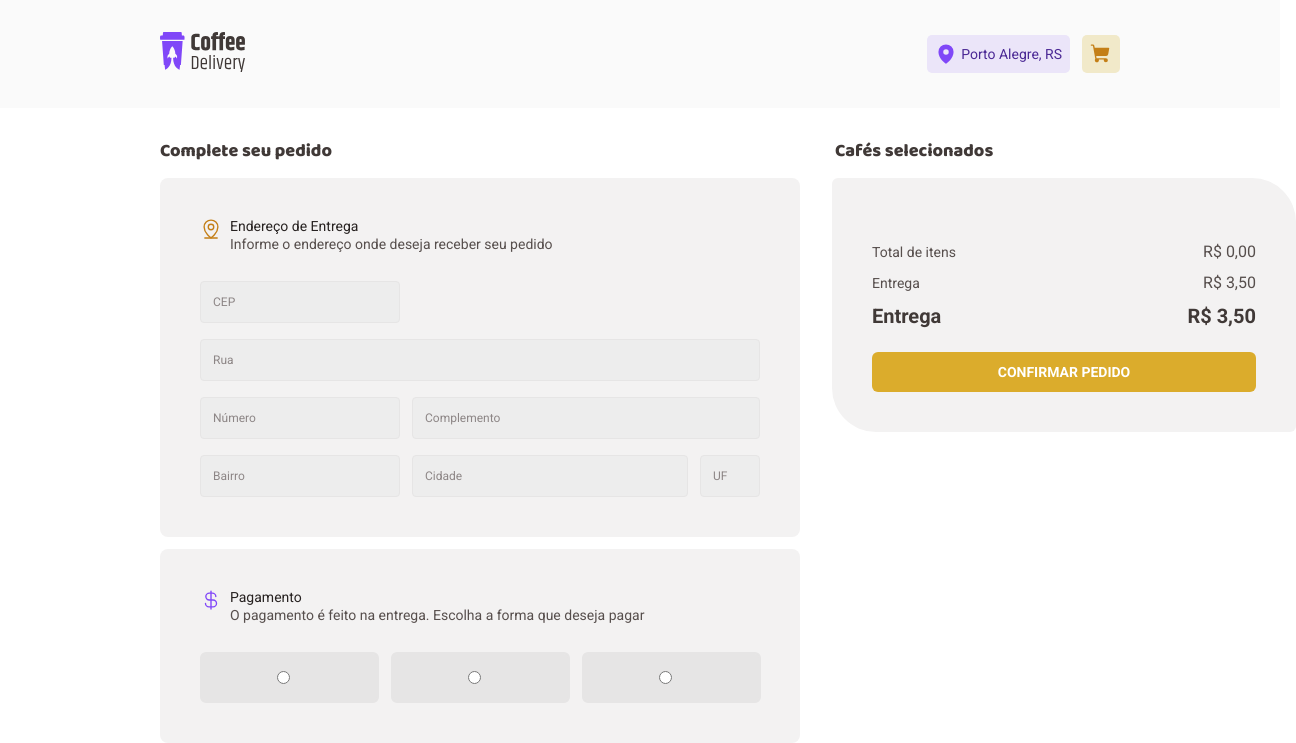
Repository: caueenrico/CoffeDelivery
Page: /checkout
These files come from the project's save history. The page is drawn as it stood at one moment and after a run of saves; the edit follows.
The browser window is 1280 px wide. The page is 1296 px wide, so the pictures cover 1296 px, including what lies to the right of the window. The pictures show the whole page.
The project was rebuilt for these pictures with package versions that can differ from the ones it lists, and the page was loaded fresh each time. Also part of the build but not shown: vite.config.ts, src/components/IpuntNumber/styles.ts, src/components/IpuntNumber/index.tsx, src/pages/CheckOut/components/SelectedCoffes/styles.ts, src/pages/CheckOut/components/SelectedCoffes/index.tsx, src/pages/CheckOut/Pages/Success/styles.ts, src/pages/CheckOut/Pages/Success/components/SendRequest/styles.ts, src/pages/CheckOut/Pages/Success/components/SendRequest/index.tsx and 8 more.

Above is the page before, as saved 2022-10-06 17:53:02.

### index.html
<!DOCTYPE html>
<html lang="en">
  <head>
    <meta charset="UTF-8" />

    <link rel="preconnect" href="https://fonts.googleapis.com" />
    <link rel="preconnect" href="https://fonts.gstatic.com" crossorigin />
    <link
      href="https://fonts.googleapis.com/css2?family=Baloo+2:wght@700;800&family=Roboto:wght@400;700&display=swap"
      rel="stylesheet"
    />

    <link rel="icon" type="image/svg+xml" href="/vite.svg" />
    <meta name="viewport" content="width=device-width, initial-scale=1.0" />
    <title>Vite + React + TS</title>
  </head>
  <body>
    <div id="root"></div>
    <script type="module" src="/src/main.tsx"></script>
  </body>
</html>

### src/App.tsx
import { BrowserRouter } from "react-router-dom";
import { ThemeProvider } from "styled-components";
import { CartContextProvider } from "./context/CartContext";
import { Router } from "./Router";
import { defaultTheme } from "./styles/themes/default";
import { GlobalStyle } from "./styles/themes/global";

export function App() {
  return (
    <ThemeProvider theme={defaultTheme}>
      <BrowserRouter>
      <CartContextProvider>
        <Router />
      </CartContextProvider>
      </BrowserRouter>
      <GlobalStyle />
    </ThemeProvider>
  );
}

### src/Router.tsx
import { Routes, Route } from 'react-router-dom'
import { DefaultLayout } from './layouts/DefaultLayout'
import { PageForm } from './pages/CheckOut'
import { Success } from './pages/CheckOut/Pages/Success'
import { Home } from './pages/Home'



export function Router() {
  return (
    <Routes>
      <Route path="/" element={<DefaultLayout />}>
        <Route path="/" element={<Home />} />
        <Route path="/checkout" element={<PageForm />} />
        <Route path="/checkout/success" element={<Success />} />

      </Route>
    </Routes>
  )
}

### src/styles/themes/default.ts
export const defaultTheme = {
  white: '#FFFFFF',

  // PRODUTOS
  'yellow-dark': '#C47F17',
  'yellow': '#DBAC2C',
  'yellow-light': '#F1E9C9',

  'purple-dark': '#4B2995',
  'purple': '#8047F8',
  'purple-light': '#EBE5F9',

  //BASE
  'title':'#272221',
  'subtitle': '#403937',
  'text':'#574F4D',
  'label':'#8D8686',
  'hover':'#D7D5D5',
  'button':'#E6E5E5',
  'input':'#EDEDED',
  'card':'#F3F2F2',
  'background':'#FAFAFA'
}

### src/styles/themes/global.ts
import { createGlobalStyle } from "styled-components";


export const GlobalStyle = createGlobalStyle`
  *{
    margin: 0;
    padding: 0;
    box-sizing: border-box;
  }

  :focus{
    outline: 0;
  }

  body{
    -webkit-font-smoothing: antialiased;
  }

  body,input,textarea,button{
    font-family: 'Roboto', sans-serif;
    font-weight: 400;
    font-size: 1rem;
  }

  input::-webkit-outer-spin-button,
  input::-webkit-inner-spin-button {
    -webkit-appearance: none;
    margin: 0;
  }
  input[type="number"] {
    -moz-appearance: textfield;
  }

`

### src/layouts/DefaultLayout/index.tsx
import { Outlet } from 'react-router-dom'
import { Header } from '../../components/Header'
import { LayoutContainer } from './styles'

export function DefaultLayout() {
  return (
    <div>
      <LayoutContainer>
        <Header />
        <Outlet />
      </LayoutContainer>
    </div>
  )
}

### src/pages/CheckOut/index.tsx
import {
  Bank,
  CreditCard,
  CurrencyDollar,
  MapPinLine,
  Money,
} from "phosphor-react";
import { NavLink } from "react-router-dom";
import { useTheme } from "styled-components";
import { MetodosdePagamentos } from "../../components/MetodosPagamento";
import { TilteText } from "../Home/styles";

import { ConfirmButton } from "./components/ConfirmButton";
import { RenderSelectCoffes } from "./components/RenderSelectCoffes";
import { TextCheck } from "./components/TextosCheck";
import { TotalItens } from "./components/TotalItens";


import * as zod from "zod";
import { zodResolver } from "@hookform/resolvers/zod";
import { useForm, FormProvider } from "react-hook-form";
import { ContainerForm } from "./styles";
import { CheckOutIndex } from "./components/CompleteOrderForm/CheckOutIndex";
import { PaymenteMethodo } from "./components/CompleteOrderForm/PaymenteMethodo";


const confirmOrderFormSchema = zod.object({
  cep: zod.string().min(1, 'CEP obrigatório'),
  street: zod.string().min(1, "Informe o Rua"),
  number: zod.string().min(1, "Informe o Número"),
  complement: zod.string(),
  district: zod.string().min(1, "Informe o Bairro"),
  city: zod.string().min(1, "Informe a Cidade"),
  uf: zod.string().min(1, "Informe a UF")
});

export type OrderData = zod.infer<typeof confirmOrderFormSchema>;

type ConfirmOrderFormData = OrderData;

export function PageForm() {
  const confirmOrderForm = useForm<ConfirmOrderFormData>({
    resolver: zodResolver(confirmOrderFormSchema),
  });

  const { handleSubmit } = confirmOrderForm;

  function handleConfirmOrder(data: ConfirmOrderFormData) {
    console.log(data);
  }

  return (
    <>
    <FormProvider {...confirmOrderForm}>
      <ContainerForm onSubmit={handleSubmit(handleConfirmOrder)} >
        <CheckOutIndex/>
      </ContainerForm>
    </FormProvider>

    </>
  );
}

### src/components/Header/index.tsx
import { HeaderContainer, NavHeaders } from "./styles";
import logo from '../assets/logo.svg';
import { Locations } from "../Locations";
import { Cart } from "../Cart";
import { NavLink } from "react-router-dom";


export function Header() {
  return (
    <HeaderContainer>
      <NavLink to='/'>
      <img src={logo} alt="" />
      </NavLink>

      <NavHeaders>
        <Locations />
        <NavLink to='/checkout'>
          <Cart/>
        </NavLink>
      </NavHeaders>
    </HeaderContainer>
  );
}

### src/layouts/DefaultLayout/styles.ts
import styled from 'styled-components'

export const LayoutContainer = styled.div`

`

### src/pages/CheckOut/styles.ts
import styled from "styled-components";

export const ContainerForm = styled.form`

display: flex;
flex-direction: column;
`

### src/pages/CheckOut/components/CompleteOrderForm/CheckOutIndex.tsx
import { TilteText } from "../../../Home/styles";
import { RenderSelectCoffes } from "../RenderSelectCoffes";
import { AddressForm } from "./AddresForm";
import { PaymenteMethodo } from "./PaymenteMethodo";
import {
  ContainerCheckOut,
  ContainerColunm,
  ContainerFlex,
  SelectCoffesContainer,
  TilteaText,
} from "./styles";

export function CheckOutIndex() {
  return (
    <ContainerFlex>
      <ContainerColunm>
        <TilteText>Complete seu pedido</TilteText>

        <ContainerCheckOut>
          <AddressForm />
        </ContainerCheckOut>

        <PaymenteMethodo />
      </ContainerColunm>

      <ContainerColunm>
        <TilteaText>Cafés selecionados</TilteaText>

        <SelectCoffesContainer>
          <RenderSelectCoffes />
        </SelectCoffesContainer>
      </ContainerColunm>
    </ContainerFlex>
  );
}

### src/pages/Home/styles.ts
import Background from '../assets/Background.png'

import styled from "styled-components";

export const BannerContainer = styled.div`

display: flex;
align-items: center;
justify-content: space-between;

padding: 94px 160px;

background-image: url(${Background});
background-position: center;
background-repeat: no-repeat;
background-size: cover;

`

export const TextContainer = styled.div`
 max-width: 588px;

 h1{
  font-family: 'Baloo 2';
  font-style: normal;
  font-weight: 800;
  font-size: 48px;
  line-height: 130%;
  color: ${props => props.theme['title']}
 }

  span {
    font-family: 'Roboto';
    font-weight: 400;
    font-size: 20px;
    line-height: 130%;
    color: ${props => props.theme['subtitle']}
  }




`

export const Benefist = styled.div `

  margin-top: 66px;
  max-width: 567px;
  color: ${props => props.theme['text']};

  ul {
    list-style-type: none;
    display: flex;
    gap: 40px;

  }

  ul li{
    font-size: 16px;
    display: flex;
    align-items: center;
    margin-bottom: 20px;
    gap: 12px;


  }

  .test{
    width: 231px;
  }
`

export const ProductsContainer = styled.div`

  h1{
    font-family: 'Baloo 2';
    font-style: normal;
    font-weight: 800;
    font-size: 32px;
    line-height: 130%;

    margin-left: 160px;
    margin-top: 32px;
    margin-bottom: 54px;

    color:${props => props.theme['subtitle']}
  }



`

export const TilteText = styled.h1`
    font-family: 'Baloo 2';
    font-style: normal;
    font-weight: 800;
    font-size: 18px;
    line-height: 130%;

    margin-left: 160px;
    margin-top: 32px;
    margin-bottom: 15px;

    color:${props => props.theme['subtitle']}
`

### src/components/Header/styles.ts
import styled from "styled-components";

export const HeaderContainer = styled.div`

  min-height: 104px;

  display: flex;
  align-items: center;
  justify-content: space-between;

  padding: 32px 160px;

  background-color: ${props => props.theme['background']};

  position: sticky;
  top: 0;
  left: 0;
  z-index: 5;

`
export const NavHeaders = styled.nav`
  display: flex;
  gap: 12px;

`

### src/components/Locations/index.tsx
import { MapPin } from "phosphor-react";
import { LocationsContainer } from "./styles";


export function Locations (){

  return (
    <LocationsContainer>
        <MapPin size={22} weight='fill' color="#8047F8"/> Porto Alegre, RS
    </LocationsContainer>
  )
}

### src/components/Cart/index.tsx
import { ShoppingCart } from "phosphor-react";
import React, { useContext } from "react";
import { CartContext } from "../../context/CartContext";
import { CartContainer } from "./styles";

export function Cart (){
  const {quantityAddItens} = useContext(CartContext)
  return(
    <CartContainer>
      <ShoppingCart size={22} weight='fill'/> {quantityAddItens > 0 && <span>{quantityAddItens}</span>}
    </CartContainer>
  )
}

### src/pages/CheckOut/components/RenderSelectCoffes/index.tsx
import { Container } from "./styles";
import { useContext } from "react";
import { CartContext } from "../../../../context/CartContext";
import { SelectedCoffes } from "../SelectedCoffes";
import { TotalItens } from "../TotalItens";
import { ConfirmButton } from "../ConfirmButton";

export function RenderSelectCoffes() {
  const { cartItens } = useContext(CartContext);

  return (
    <>
      <Container>
        {cartItens.map((coffee) => (
          <SelectedCoffes key={coffee.id} coffee={coffee} />
        ))}
      </Container>

      <TotalItens />

      <ConfirmButton />
    </>
  );
}

### src/pages/CheckOut/components/CompleteOrderForm/AddresForm.tsx
import { MapPinLine } from "phosphor-react";
import { useFormContext } from "react-hook-form";
import { InputForm } from "../../../../components/InpuitForm";
import { AddressFormContainer } from "./styles";
import { TextCheck } from "../TextosCheck";

interface ErrosType {
  errors: {
    [key: string]: {
      message: string;
    };
  };
}

export function AddressForm() {
  const { register, formState } = useFormContext();
  const { errors } = formState as unknown as ErrosType;

  return (
    <>
      <TextCheck
        icon={<MapPinLine size={22} color="#C47F17" />}
        title="Endereço de Entrega"
        subtitle="Informe o endereço onde deseja receber seu pedido"
      />
      <AddressFormContainer>
        <InputForm
          placeholder="CEP"
          type="number"
          className="cep"
          {...register("cep")}
          error={errors.cep?.message}
        />
        <InputForm
          placeholder="Rua"
          className="street"
          {...register("street")}
          error={errors.street?.message}
        />
        <InputForm
          placeholder="Número"
          type="number"
          {...register("number")}
          error={errors.number?.message}
        />
        <InputForm placeholder="Complemento" className="complemento" />
        <InputForm
          placeholder="Bairro"
          {...register("district")}
          error={errors.district?.message}
        />
        <InputForm
          placeholder="Cidade"
          {...register("city")}
          error={errors.city?.message}
        />
        <InputForm
          placeholder="UF"
          {...register("uf")}
          error={errors.uf?.message}
        />
      </AddressFormContainer>
    </>
  );
}

### src/pages/CheckOut/components/CompleteOrderForm/PaymenteMethodo.tsx
import { Bank, CreditCard, CurrencyDollar, Money } from "phosphor-react";
import { MetodosdePagamentos } from "../../../../components/MetodosPagamento";
import {
  ContainerCheckOut,
  MetodosDePagamentoContainer,
  PaymentContainer,
} from "./styles";
import { TextCheck } from "../TextosCheck";

export const MetodosDePagamentoOpn = {
  credito: {
    title: "Cartão de Crédito",
    icon: <CreditCard size={16} color="#8047F8" />,
  },
  debito: {
    title: "Cartão de Débito",
    icon: <Bank size={16} color="#8047F8" />,
  },
  dinheiro: {
    title: "Dinheiro",
    icon: <Money size={16} color="#8047F8" />,
  },
};

export function PaymenteMethodo() {
  return (
    <PaymentContainer>
      <ContainerCheckOut>
        <TextCheck
          icon={<CurrencyDollar size={22} color="#8047F8" />}
          title="Pagamento"
          subtitle="O pagamento é feito na entrega. Escolha a forma que deseja pagar"
        />

        <MetodosDePagamentoContainer>
          {Object.entries(MetodosDePagamentoOpn).map(
            ([key, { title, icon }]) => (
              <MetodosdePagamentos
                id={key}
                key={title}
                title={title}
                icon={icon}
                value={key}
              />
            )
          )}
        </MetodosDePagamentoContainer>
      </ContainerCheckOut>
    </PaymentContainer>
  );
}

### src/pages/CheckOut/components/CompleteOrderForm/styles.ts
import styled from "styled-components";

export const ContainerFlex = styled.div`
  display: flex;


`
export const ContainerColunm = styled.div`
display: flex;
flex-direction: column;
`

export const ContainerCheckOut = styled.div `

  margin-left: 160px;
  border-radius: 8px;
  display: flex;
  flex-direction: column;
  max-width: 40rem;
  background: ${props => props.theme.card};



`

export const TilteaText = styled.h1`
  font-family: 'Baloo 2';
    font-style: normal;
    font-weight: 800;
    font-size: 18px;
    line-height: 130%;

    margin-left: 35px;
    margin-top: 32px;
    margin-bottom: 15px;

    color:${props => props.theme['subtitle']}
`

export const SelectCoffesContainer = styled.div`
  display: flex;
  flex-direction: column;
  min-width: 29rem;
  background: ${props => props.theme.card};
  padding: 40px;
  margin-left: 32px;
  border-radius: 6px 44px;

  .navlink{
    width: 100%;
  }
`

export const PaymentContainer = styled.div`
  margin-top: 12px;
`

export const AddressFormContainer = styled.div`
  width: 100%;

  margin: 40px;
  display: grid;
  grid-template-columns: 12.5rem 17.25rem 3.75rem;
  column-gap: 0.75rem;
  row-gap: 1rem;
  grid-auto-flow: dense;

  .cep{
    grid-column: span 3;
    max-width: 12.5rem;
  }

  .street{
    grid-column: span 3;
  }

  .complemento {
    grid-column: span 2;
  }

`

export const MetodosDePagamentoContainer = styled.div`

  display: grid;
  grid-template-columns: repeat(3,1fr);
  gap: 12px;

  margin: 40px;

`

export const ValueContainer = styled.div`

`

### src/components/Locations/styles.ts
import styled from "styled-components";

export const LocationsContainer = styled.div`
  border-radius: 5px;

  max-width: 143px;
  padding: 8px;
  font-size: 14px;

  background-color: ${props => props.theme['purple-light']};
  color: ${props => props.theme['purple-dark']};

  display: flex;
  justify-content: center;
  align-items: center;
  gap: 4px;



`

### src/components/Cart/styles.ts
import styled from "styled-components";

export const CartContainer = styled.button`
  max-width: 38px;
  max-height: 38px;
  border-radius: 5px;
  border: none;

  background-color: ${props => props.theme['yellow-light']};
  color: ${props => props.theme['yellow-dark']};

  display: flex;
  align-content: center;
  align-items: center;
  position: relative;

  padding: 8px;

  span {
    position: absolute;
    width: 1.25rem;
    height: 1.25rem;
    top: calc(-1.25rem / 2);
    right: calc(-1.25rem / 2);
    background-color: ${props => props.theme['yellow-dark']};
    color: ${props => props.theme['yellow-light']};
    border-radius: 50%;

    font-size: 0.75rem;
    font-weight: 700;

    display: flex;
    align-items: center;
    justify-content: center;


  }

`

### src/pages/CheckOut/components/RenderSelectCoffes/styles.ts
import styled from "styled-components";

export const Container = styled.div`
  display: flex;
  flex-direction: column;

`

### src/pages/CheckOut/components/TotalItens/index.tsx

import { useContext } from "react";
import { CartContext } from "../../../../context/CartContext";
import { formatMoney } from "../../../../utils/formatMoney";
import { Container, Text, TotalBold, Valor } from "./styles";



export function TotalItens() {
  const {cartItemTotal} = useContext(CartContext);
  const PriceDelivery = formatMoney(3.50) ;
  const totalCoffes = formatMoney(cartItemTotal()) ;
  const total = formatMoney(cartItemTotal() + 3.50) ;

  return (
    <Container>
      <div>
        <Text>Total de itens</Text>
        <Valor>R$ {totalCoffes}</Valor>
      </div>
      <div>
        <Text>Entrega</Text>
        <Valor>R$ {PriceDelivery}</Valor>
      </div>
      <div>
        <TotalBold>Entrega</TotalBold>
        <TotalBold>R$ {total}</TotalBold>
      </div>
    </Container>
  );
}

### src/pages/CheckOut/components/ConfirmButton/index.tsx
import { NavLink } from "react-router-dom";
import { ButtonConfirm } from "./styles";

export function ConfirmButton() {
  return (
    <ButtonConfirm type="submit">
      Confirmar Pedido
    </ButtonConfirm>
  );
}

{/* <NavLink to="/checkout/success">Confirmar Pedido</NavLink> */}

### src/components/InpuitForm/index.tsx
import { forwardRef, InputHTMLAttributes } from "react";
import { InputStyleContainer, InputWrapper } from "./styles";

type InputProps = InputHTMLAttributes<HTMLInputElement> & {
  error?: string;
}

export const InputForm = forwardRef<HTMLInputElement, InputProps>(
  ({error,className,...props}, ref) => {
  return (
    <InputWrapper className={className}>
    <InputStyleContainer {...props}  ref={ref} />
    {error && (
      <p>{error}</p>
    )}
    </InputWrapper>
  )
})

### src/pages/CheckOut/components/TextosCheck/index.tsx
import { ReactNode } from "react"
import { SectionTitleContainer } from "./styles"

interface TextCheckProps{
  title: string
  subtitle?: string
  icon?: ReactNode
}

export function TextCheck({title,subtitle,icon}: TextCheckProps){
  return(
    <SectionTitleContainer>
      {icon}
      <div>
        <h1>{title}</h1>
        <span>{subtitle}</span>
      </div>
    </SectionTitleContainer>
  )
}

### src/components/MetodosPagamento/index.tsx
import { CreditCard } from "phosphor-react"
import { InputHTMLAttributes, ReactNode, useState } from "react"
import { PaymentMethodos } from "./styles"

type MetodosdePagamentosProps = InputHTMLAttributes<HTMLInputElement> & {
  title: string
  icon: ReactNode
}

export function MetodosdePagamentos({ id, icon, title, ...props }: MetodosdePagamentosProps) {

  return(
    <PaymentMethodos >
    <input type="radio" id={id} {...props} name="MetodosDePagamentoOpn"/>
    <label htmlFor={id}>

    </label>
    </PaymentMethodos>
  )
}

### src/utils/formatMoney.ts
export function formatMoney(value: number){
  return value.toLocaleString('pt-BR', {
    minimumFractionDigits: 2,
  })
}

### src/pages/CheckOut/components/TotalItens/styles.ts
import styled from "styled-components";

export const Container = styled.div`
  display: flex;
  flex-direction: column;
  margin-top: 24px;
  gap: 12px;

  div {
    display: flex;
    justify-content: space-between;
    align-items: center;
  }

`

export const Text = styled.span`
  font-size: 0.875rem;
  color: ${props => props.theme.text};
`
export const Valor = styled.span`
  font-size: 1rem;
  color: ${props => props.theme.text};
`
export const TotalBold = styled.span`
  font-size: 1.25rem;
  color: ${props => props.theme.subtitle};
  font-weight: 700;
`

### src/pages/CheckOut/components/ConfirmButton/styles.ts
import styled from "styled-components";

export const ButtonConfirm = styled.button`
  background: ${props => props.theme.yellow};
  color: ${props => props.theme["white"]};
  border-radius: 6px;
  padding: 12px 8px;
  border: none;
  margin-top: 24px;
  transition: 0.2s;
  font-size: 14px;
  font-weight: 700;
  text-transform: uppercase;
  cursor: pointer;

  a{
    color: ${props => props.theme["white"]};
    text-decoration: none;
  }

  &:hover {
    background: ${props => props.theme["yellow-dark"]};
  }
`

### src/components/InpuitForm/styles.ts
import styled from "styled-components";

export const InputWrapper = styled.div`
  display: flex;
  flex-direction: column;
  gap: 0.3rem;
  position: relative;

  >p{
    color: ${props => props.theme["purple-dark"]};
  }
  `


export const InputStyleContainer = styled.input`
  height: 2.625rem;
  border-radius: 4px;
  border: 1px solid ${props => props.theme.button};
  background: ${props => props.theme.input};
  transition: 0.4s;

  &:focus{
    border-color: ${props => props.theme["yellow-dark"]};
  }

  color: ${props => props.theme["text"]};
  font-size: 00.75rem;
  padding: 0 0.75rem;

  &::placeholder{
    color: ${props => props.theme["label"]};
  }
`

### src/pages/CheckOut/components/TextosCheck/styles.ts
import styled from "styled-components";

export const SectionTitleContainer = styled.div`
  display: flex;
  gap: 0.5rem;
  margin: 40px;
  margin-bottom: -12px;

  div{
    h1{
      font-size: 0.875rem;
      font-weight: 400;
      color: ${props => props.theme.title};
    }
    span{
      font-size: 0.875rem;
      font-weight: 400;
      color: ${props => props.theme.text};
    }
  }

`

### src/components/MetodosPagamento/styles.ts
import styled from "styled-components";

export const PaymentMethodos = styled.button`
  display: flex;
  align-items: center;
  justify-content: center;
  width: 11.18rem;
  height: 3.18rem;
  border: 2px solid ${props => props.theme.button};
  border-radius: 6px;
  background: ${props => props.theme.button};
  transition: 0.4s;
  color: ${props => props.theme.text};
  font-size: 12px;
  text-transform: uppercase;
  gap: 12px;

  &:focus{
    border-color: ${props => props.theme["purple-dark"]};
  }

`

Loaded but not shown: src/main.tsx (common file); src/context/CartContext.tsx (114 lines, source omitted)

After the next 4 saves:
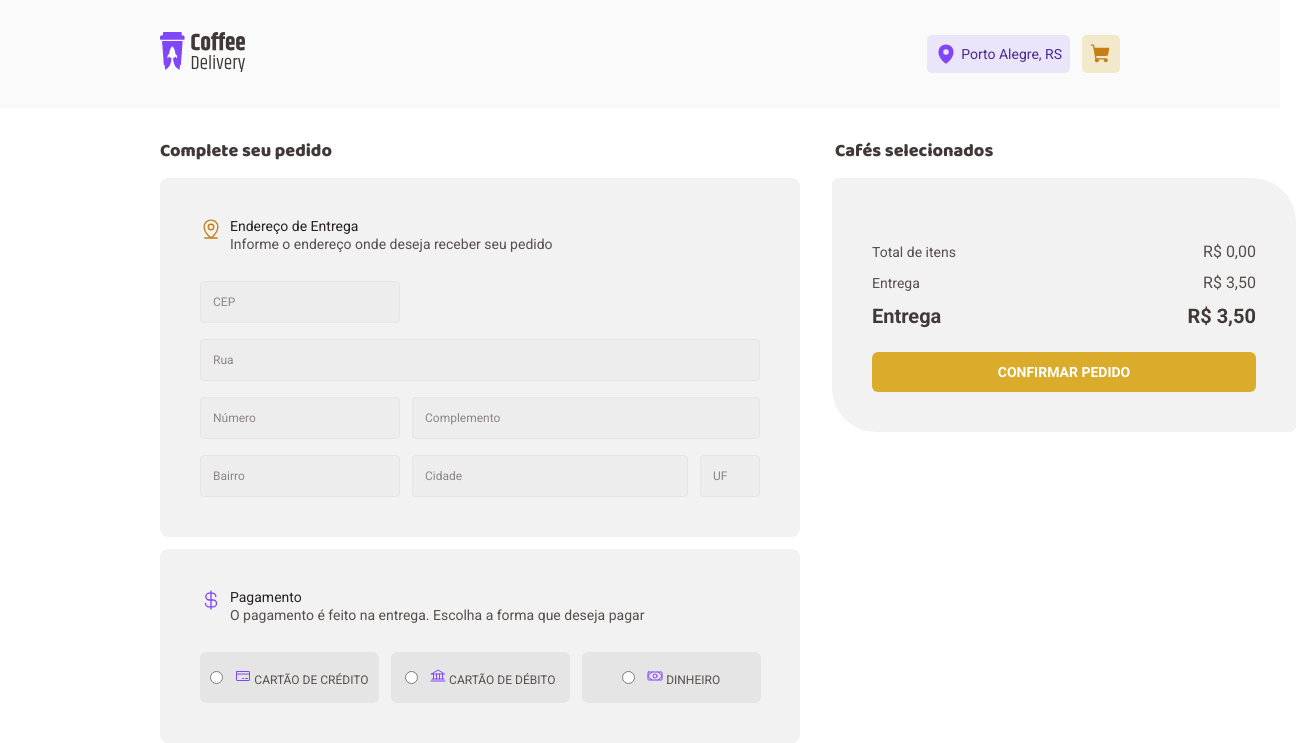
The 4 saves are shown as one change because they came seconds apart.
The last was saved 10 s later.
--- a/src/components/MetodosPagamento/index.tsx
+++ b/src/components/MetodosPagamento/index.tsx
@@ -13,7 +13,7 @@ export function MetodosdePagamentos({ id, icon, title, ...props }: MetodosdePaga
     <PaymentMethodos >
     <input type="radio" id={id} {...props} name="MetodosDePagamentoOpn"/>
     <label htmlFor={id}>
-
+    {icon} {title}
     </label>
     </PaymentMethodos>
   )
